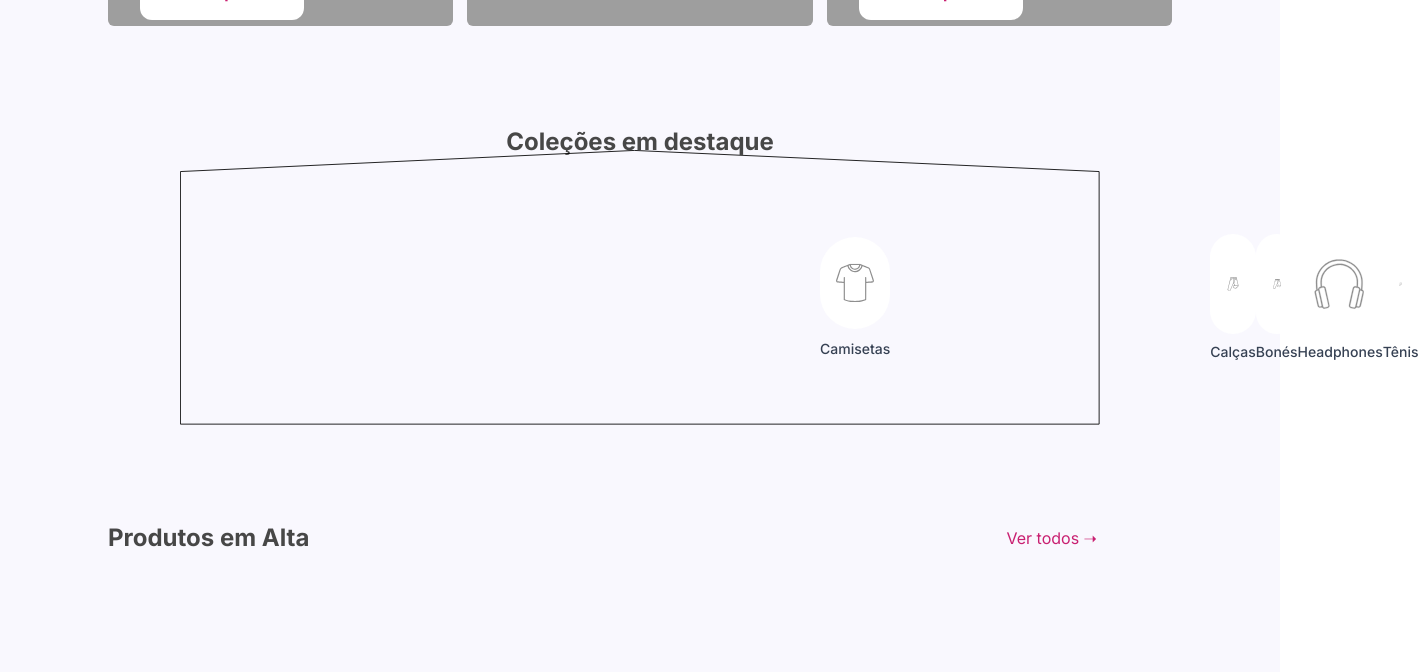
Repository: gimoli/loja-digital
Page: index.html
The author's editor kept a copy of each file at every save. The page is drawn from the files as they stood at one save, then again after the next save.
The browser window is 1280 px wide. The page is 1418 px wide, then 1280 px, so the pictures cover 1418 px, including what lies to the right of the window. The pictures show the part of the page from y = 1268 to 2108 px (the page is 1940 px tall before and 2684 px after).
Pictures or frames that could not be fetched are drawn as grey boxes.

Above is the page before, as saved 2025-04-25 15:05:40.

### index.html
<!DOCTYPE html>
<html lang="pt-br">
<head>
    <meta charset="UTF-8">
    <meta name="viewport" content="width=device-width, initial-scale=1.0">
    <title>Digital Store</title>
    <link href="./style.css" rel="stylesheet">
    <script src="https://cdn.jsdelivr.net/npm/@tailwindcss/browser@4"></script>
    <link rel="shortcut icon" href="/assets/Logo-Digital.svg" type="image/x-icon">
</head>
<body>
<header class="flex flex-col gap-12 px-[108px] py-[38px]">
    <div class="flex items-center justify-between">
        <div class="flex gap-1">
            <img src="/assets/Logo-Digital.svg" alt="Logo da Digital Store">
            <h1 class="text-4xl text-(--primary-color) font-semibold">Digital Store</h1>
        </div>
        <input type="text" placeholder="Pesquisar produto..." class="bg-(--light-gray-3) py-2 px-3 rounded-lg ml-40 mr-14
         bg-[url(/assets/search.svg)] bg-no-repeat bg-right focus:placeholder-transparent w-[560px] focus:outline-none"/>
        <div>
            <a href="#" class="bg-(--primary-color) text-white rounded-lg px-7 py-3 font-bold text-sm">
                Entrar
            </a>
        </div>
        <div class="relative">
            <img src="/assets/Carrinho-preto.svg" alt="Imagem de um carrinho de compras">
            <div class="flex justify-center items-center absolute bg-(--tertiary-color) text-white font-bold text-xs rounded-full w-[18px] h-[18px] bottom-[15px] left-3">
                2
            </div>
        </div>
    </div>
    </div>
    <nav class="pl-32">
        <ul class="flex gap-6 text-(--dark-gray-2)">
            <li class="hover:text-(--primary-color) hover:font-bold">
                <a href="#">
                Home
            </a>
        </li>
            <li class="hover:text-(--primary-color) hover:font-bold">
                <a href="#">
                Produtos
            </a>
        </li>
            <li class="hover:text-(--primary-color) hover:font-bold">
                <a href="#">
                Categorias
            </a>
        </li>
            <li class="hover:text-(--primary-color) hover:font-bold">
                <a href="#">
                Meus Pedidos
            </a>
        </li>
        </ul>
    </nav>
</header>
<main>
    <section class="flex px-[108px] bg-(--light-gray-3) py-[78px] h-[680px] relative">
        <div class="flex flex-col gap-5 w-[466px]">
            <p class="text-(--warnig-color) font-bold">
                Melhores ofertas personalizadas
            </p>
            <h2 class="font-extrabold text-6xl">
                Queima de estoque Nike 🔥
            </h2>
            <p class="text-(--dark-gray-2) text-lg">
                Consequat culpa exercitation mollit nisi excepteur do do tempor laboris eiusmod irure consectetur.
            </p>
            <a href="#" class="flex items-center justify-center bg-(--primary-color) text-(--light-gray-3) font-bold w-[210px] h-[48px] rounded-lg">
                Ver Ofertas
            </a>
        </div>
        <img src="/assets/White-Sneakers-PNG-Clipart 1.svg" alt="Foto de um tenis branco" class="absolute right-28 bottom-8"/>
        <img src="/assets/ornament.svg" alt="Firula do site - by wendell" class="absolute top-12 right-8">
    </section>

    <section class="flex flex-col gap-15 px-[108px] py-[42px] bg-(--sec-color)">
        <div class="flex flex-col gap-10">
            <h4 class="text-(--dark-gray-2) font-bold text-2xl">
                Coleções em destaque
            </h4>
            <ul class="grid grid-cols-3 gap-3.5 h-68">
                <li  class="flex bg-[#D8E3F2] pl-8 pt-8 rounded-md relative bg-[url(/assets/star-wars-shirt-pic.svg)] bg-no-repeat bg-bottom-right">
                    <div class="w-1/2 z-10">
                    <p class="bg-[#E7FF86] rounded-4xl font-bold text-(--dark-gray-2) w-[96px] text-center py-1.5 text-sm">
                        30% OFF
                    </p>
                    <h5 class="font-bold text-(--dark-gray) text-4xl mt-2.5 mb-8">
                        Novo drop Supreme
                    </h5>
                    <a href="#" class="text-(--primary-color) bg-white rounded-xl font-bold px-12 py-4.5">
                        Comprar
                    </a>
                </div>
                </li>
                <li  class="flex bg-[#D8E3F2] pl-8 pt-8 rounded-md relative bg-[url(/assets/sneaks-pic.svg)] bg-no-repeat bg-bottom-right">
                    <div class="w-1/2 z-10">
                    <p class="bg-[#E7FF86] rounded-4xl font-bold text-(--dark-gray-2) w-[96px] text-center py-1.5 text-sm">
                        30% OFF
                    </p>
                    <h5 class="font-bold text-(--dark-gray) text-4xl mt-2.5 mb-8">
                        Coleção Adidas
                    </h5>
                    <a href="#" class="text-(--primary-color) bg-white rounded-xl font-bold px-12 py-4.5">
                        Comprar
                    </a>
                </div>
                </li>
                <li  class="flex bg-[#D8E3F2] pl-8 pt-8 rounded-md relative bg-[url(/assets/headphone-pic.svg)] bg-no-repeat bg-bottom-right">
                    <div class="w-1/2 z-10">
                    <p class="bg-[#E7FF86] rounded-4xl font-bold text-(--dark-gray-2) w-[96px] text-center py-1.5 text-sm">
                        30% OFF
                    </p>
                    <h5 class="font-bold text-(--dark-gray) text-4xl mt-2.5 mb-8">
                        Novo<br> Beats Bass
                    </h5>
                    <a href="#" class="text-(--primary-color) bg-white rounded-xl font-bold px-12 py-4.5">
                        Comprar
                    </a>
                </div>
                </li>
            </ul>
        </div>

    </section>

    <section class="relative flex flex-col gap-15 px-[180px] py-[42px] bg-(--sec-color)">

        <div class="flex flex-col gap-10 relative">
            <img src="/assets/borda.svg" alt="foto da borda" class="absolute left-0 top-10 " />
            <h4 class="text-(--dark-gray-2) font-bold text-2xl text-center py-4 ">
                Coleções em destaque
            </h4>
        </div>



        <div class="flex justify-evenly px-80  bg-(--sec-color)">
            <div class="flex flex-col items-center justify-evenly px-80  bg-(--sec-color)"">
        <div class="bg-(--white) rounded-full p-4 w-fit">
            <img src="assets/T-shirt.svg" alt="Foto da blus" class=" w-[60px] h-[60px] ">
        </div>
        <span class="mt-2 text-sm font-medium text-gray-700">Camisetas</span>
</div>
            <div class="flex flex-col items-center">
                <div class="bg-(--white) rounded-full p-4 w-fit">
                    <img src="assets/Pants.svg" alt="Foto da calça"  class=" w-17 h-17">
            </div>
                <span class="mt-2 text-sm font-medium text-gray-700">Calças</span>
            </div>

            <div class="flex flex-col items-center">
            <div class="bg-(--white) rounded-full p-4 w-fit">
              <img src="assets/Pants.svg" alt="era para ser o bone"  class=" w-17 h-17">
            </div>
            <span class="mt-2 text-sm font-medium text-gray-700">Bonés</span>
            </div>

            <div class="flex flex-col items-center">
            <div class="bg-(--white) rounded-full p-4 w-fit">
              <img src="assets/Headphones-colecoes-em-destaque.svg" alt="Foto do fone de ouvido"  class=" w-17 h-17">
            </div>
            <span class="mt-2 text-sm font-medium text-gray-700">Headphones</span>
            </div>

            <div class="flex flex-col items-center">
            <div class="bg-(--white) rounded-full p-4 w-fit">
              <img src="assets/Tenis.svg" alt="Foto do Tênis"  class=" w-17 h-17">
            </div>
            <span class="mt-2 text-sm font-medium text-gray-700">Tênis</span>
            </div>

    </div>

    </section>
    <section class="flex flex-col gap-15 px-[108px] py-[42px] bg-(--sec-color)">
        <div class="flex flex-col gap-10">
            <div class="flex justify-between items-center">
                <h4 class="text-(--dark-gray-2) font-bold text-2xl py-19">
                    Produtos em Alta
                </h4>
                <a href="#" class="text-(--primary-color) mr-[75px]">
                    Ver todos ➝
                </a>
            </div>
        </div>
    </section>
</main>
</body>
</html>

### style.css
@import url('https://fonts.googleapis.com/css2?family=Inter:ital,opsz,wght@0,14..32,100..900;1,14..32,100..900&display=swap');

:root {
    --dark-gray: #1F1F1F;
    --dark-gray-2: #474747;
    --dark-gray-3: #666666;
    --light-gray: #8F8F8F;
    --light-gray-2: #CCCCCC;
    --light-gray-3: #F5F5F5;
    --white: #FFFFFF;
    --sec-color: #F9F8FE;
    --primary-color: #C92071;
    --secondary-color: #B5B6F2;
    --tertiary-color: #991956;
    --error-color: #EE4266;
    --success-color: #52CA76;
    --warnig-color: #F6AA1C;
    --primary-gradient: 180deg, #C92071, #EDABCA;
    --secondary-gradient: 180deg, #B5B6F2, #EFEFFF;
}

* {
    font-family: "Inter", sans-serif;
    box-sizing: border-box;
}

After the next save:
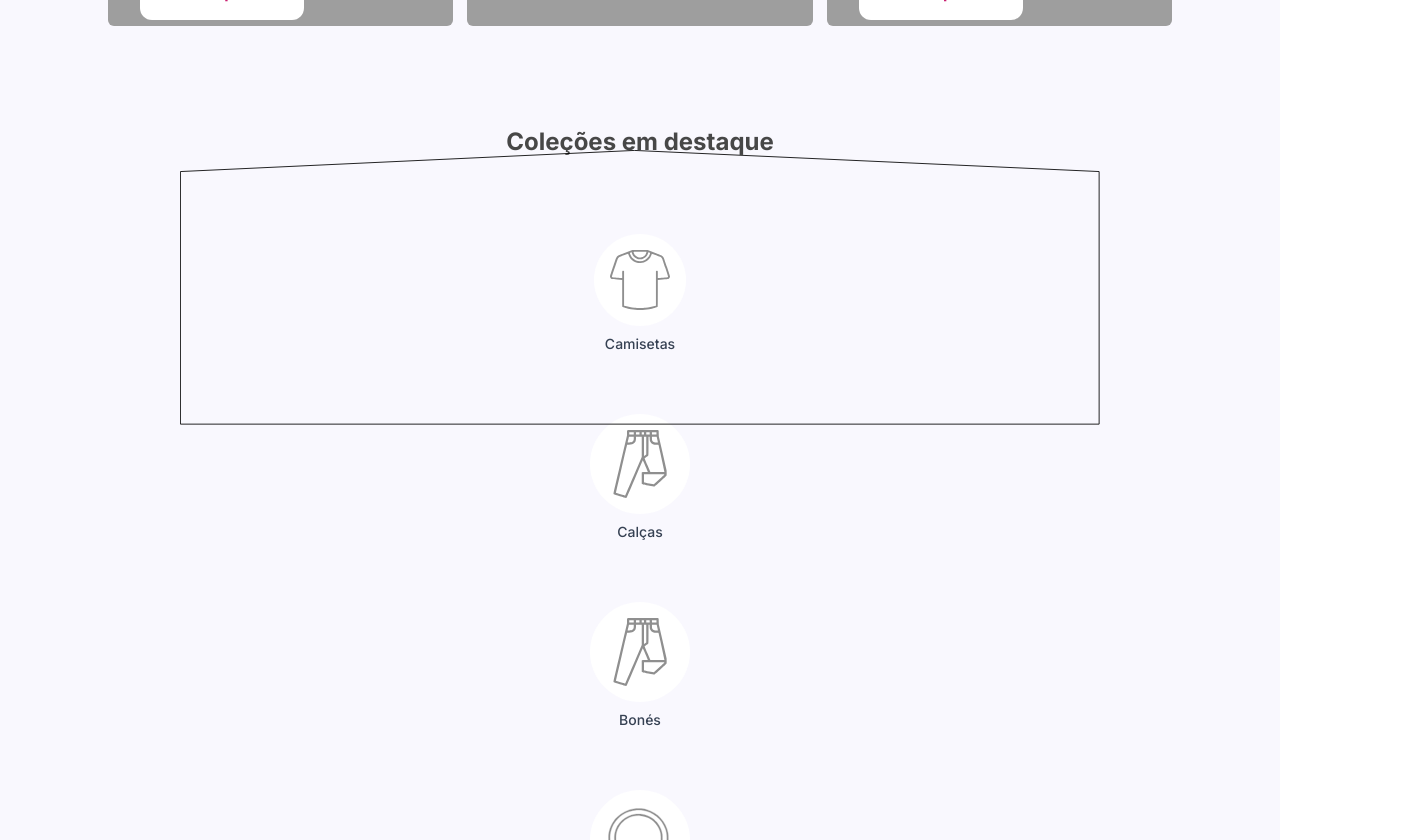
Saved 10 s later.
--- a/index.html
+++ b/index.html
@@ -136,7 +136,7 @@
 
 
 
-        <div class="flex justify-evenly px-80  bg-(--sec-color)">
+
             <div class="flex flex-col items-center justify-evenly px-80  bg-(--sec-color)"">
         <div class="bg-(--white) rounded-full p-4 w-fit">
             <img src="assets/T-shirt.svg" alt="Foto da blus" class=" w-[60px] h-[60px] ">
